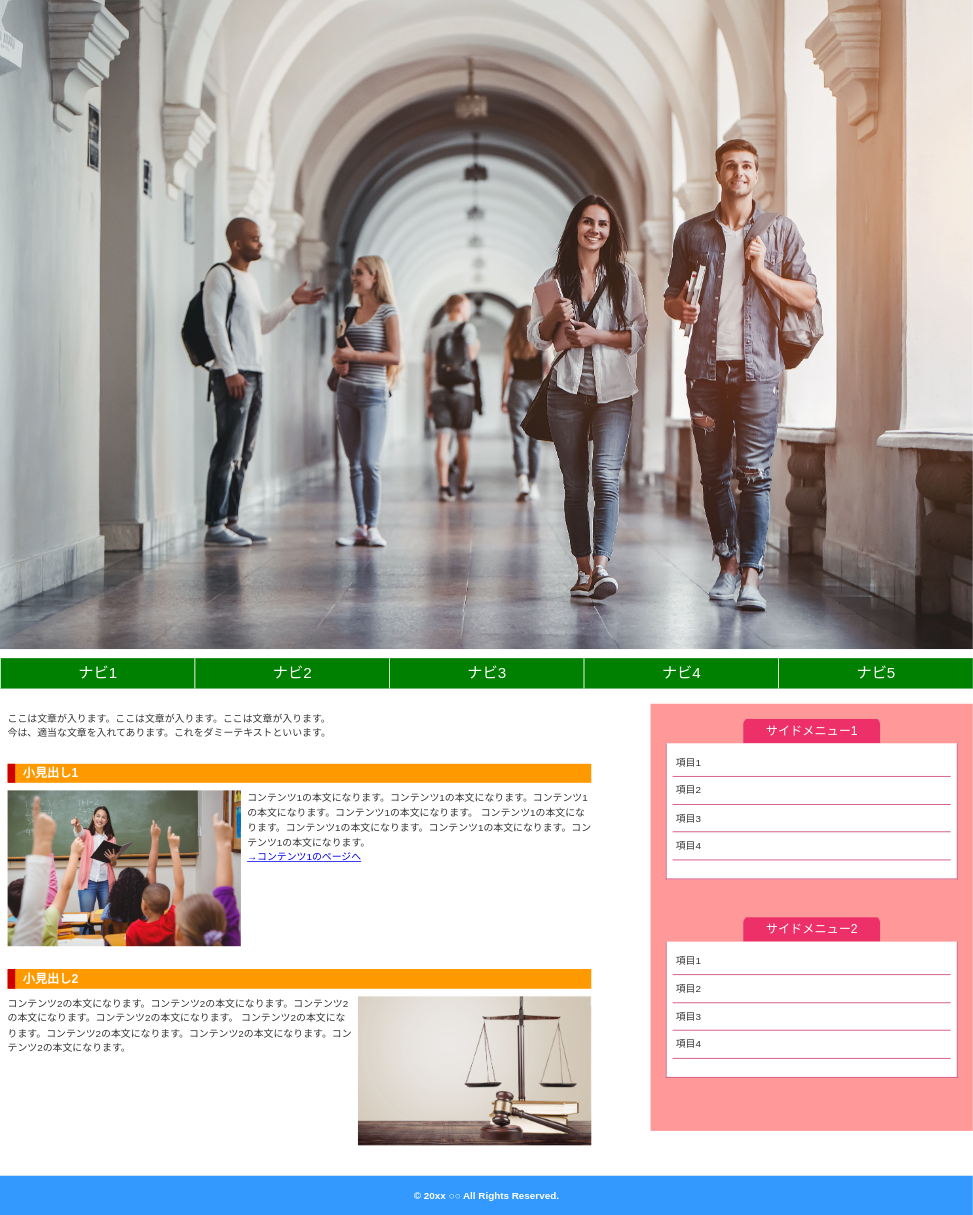
Repository: reys0812/samurai_HTML-CSS
Page: index.html
The author's editor kept a record of every edit. The page is drawn from the files as they stood at one moment, then again after the next edit.
The browser window is 1280 px wide. The pictures show the whole page, at 76% of full size.

Above is the page before.

### index.html
<!DOCTYPE html>
<html lang="ja">
    <head>
        <meta charset="UTF-8">
        <title>HTML/CSSの学習</title>
        <link rel="stylesheet" href="stylesheet.css">
    </head>
    <body>
        <div id="header">
            <h1><a href="index.html"><img id="corridor" src="images/corridor.jpg" alt="大学の廊下"></a></h1>
        </div>
        <div id="wrapper">
            <div id="nav">
                <ul>
                    <li><a href="home.html">ナビ1</a></li>
                    <li><a href="#">ナビ2</a></li>
                    <li><a href="#">ナビ3</a></li>
                    <li><a href="#">ナビ4</a></li>
                    <li><a href="#">ナビ5</a></li>
                </ul>
            </div>
        <div id ="container">
            <div id="main">
                <div class="post">
                    <p>ここは文章が入ります。ここは文章が入ります。ここは文章が入ります。<br />今は、適当な文章を入れてあります。これをダミーテキストといいます。</p>
                </div>
                <div class="post clearfix">
                    <h2>小見出し1</h2>
                    <img class="left" src="images/classroom.jpg" alt="授業風景" />
                    <p>
                        コンテンツ1の本文になります。コンテンツ1の本文になります。コンテンツ1の本文になります。コンテンツ1の本文になります。
                        コンテンツ1の本文になります。コンテンツ1の本文になります。コンテンツ1の本文になります。コンテンツ1の本文になります。
                    </p>
                    <p>
                    <a href="#">→コンテンツ1のページへ</a>
                    </p>
                </div>
                <div class="post clearfix">
                    <h2>小見出し2</h2>
                    <img class="right" src="images/scale.jpg" alt="天秤" />
                    <p>
                    コンテンツ2の本文になります。コンテンツ2の本文になります。コンテンツ2の本文になります。コンテンツ2の本文になります。
                    コンテンツ2の本文になります。コンテンツ2の本文になります。コンテンツ2の本文になります。コンテンツ2の本文になります。
                    </p>
                </div>
            </div>
            <div id="side">
                <div class="box">
                    <h2>サイドメニュー1</h2>
                    <div class="boxBody">
                        <ul>
                            <li>項目1</li>
                            <li>項目2</li>
                            <li>項目3</li>
                            <li>項目4</li>
                        </ul>
                    </div>
                </div>
                <div class="box">
                    <h2>サイドメニュー2</h2>
                    <div class="boxBody">
                    <ul>
                        <li>項目1</li>
                        <li>項目2</li>
                        <li>項目3</li>
                        <li>項目4</li>
                        </ul>
                    </div>
                </div>
            </div>
        </div>
        <div id="footer">
            <p>&copy 20xx ○○ All Rights Reserved.</p>
        </div>
    </body>
</html>

### stylesheet.css
@charset "UTF-8";

body {
    margin: 0;
    padding: 0;
    font-family: "ヒラギノ角ゴ Pro W3", "Hiragino Kaku Gothic Pro", "メイリオ", Meiryo, Osaka, "ＭＳ Ｐゴシック", "MS PGothic", sans-serif;
    color: #333;
    font-size: 13px;
    line-height: 150%;
}

/* -------------------- wrapper -------------------- */
#wrapper {
  width: 100%;
  margin: auto;
  padding: 0px;
  border: 0px;
  background-color: #fff;
  top: 10px;
  position: relative;
}
/* -------------------- header -------------------- */
#header {
  width: 100%;
}
#header h1 {
  margin: 0;
  padding: 0;
}

#corridor {
  width: 100%;
  height: auto;
}
/* -------------------- footer -------------------- */
#footer {
  clear: both;
  width: 100%;
  padding: 3px 0 3px 0;
  background: #39F;
  color: #FFF;
  font-weight: bold;
  text-align: center;
}
/* -------------------- nav -------------------- */
#nav {
  width: 100%;
}
#nav ul {
  margin: 0;
  padding: 0;
  list-style-type: none;
}
#nav ul li {
  float: left;
  width: 20%;
  text-align: center;
}
#nav ul li a {
  display: block;
  height: 20px;
  margin: 0;
  padding: 10px;
  color: #FFF;
  font-size: 20px;
  text-decoration: none;
  background-color: green;
  border-left: 1px solid white;
}
/* -------------------- container -------------------- */
#container {
  width: 100%;
  margin: auto;
  padding-top: 20px;
  clear: both;
}
/* -------------------- main -------------------- */
#main {
  float: left;
  width: 60%;
  padding: 10px 30px 10px 10px;
}
#main h2 {
  margin: 0 0 10px 0;
  padding: 3px 10px 3px 10px;
  color: #FFF;
  font-size: 16px;
  border-left: solid 10px #C00;
  background-color: #F90;
}
#main p {
  margin: 0;
  padding: 0;
}
#main .post{
  margin: 0 0 30px 0;
}
#main .post img.right{
  margin: 0 0 0 8px;
}
#main .post img.left{
  margin: 0 8px 0 0;
}
.right {
  float: right;
  width: 40%;
  height: auto;
}
.left {
  float: left;
  width: 40%;
  height: auto;
}
/* -------------------- clearfix -------------------- */
.clearfix {
  zoom: 1;
}
.clearfix:after {
  content: "";
  display: block;
  clear: both;
}
/* -------------------- side -------------------- */
#side {
  float: right;
  width: 30%;
  padding: 20px;
  background-color: #F99;
}
#side .box{
  margin: 0 auto 30px auto;
  padding: 0 0 20px 0;
  background: url(images/side_box.png) center no-repeat;
}
#side .box h2 {
  margin: 0;
  padding: 8px;
  text-align: center;
  color: #fff;
  font-size: 16px;
  line-height: 16px;
  font-weight: normal;
  background: url(images/side_box_h2.png) center no-repeat;
}
#side .box .boxBody {
  padding: 8px;
  border-right: solid 1px #C36;
  border-bottom: solid 1px #C36;
  border-left: solid 1px #C36;
  background: #fff;
}
#side .box .boxBody ul {
  margin: 0 0 16px 0;
  padding: 0;
}
#side .box .boxBody ul li {
  padding: 8px 0 8px 4px;
  list-style: none;
  border-bottom: solid 1px #C36;
}

After the next edit:
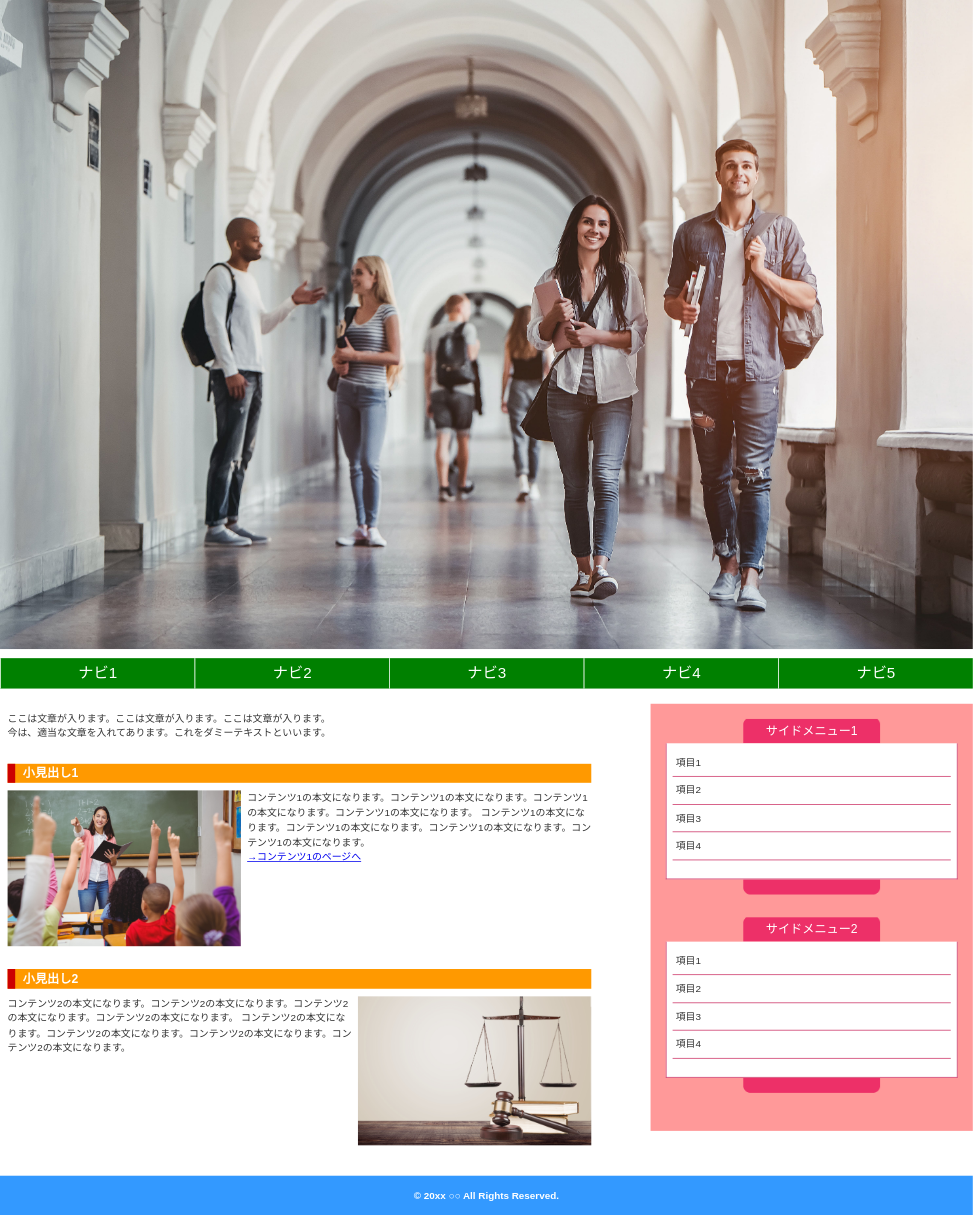
The edit:
--- a/stylesheet.css
+++ b/stylesheet.css
@@ -130,7 +130,7 @@
 #side .box{
   margin: 0 auto 30px auto;
   padding: 0 0 20px 0;
-  background: url(images/side_box.png) center no-repeat;
+  background: url(images/side_box.png) bottom no-repeat;
 }
 #side .box h2 {
   margin: 0;
